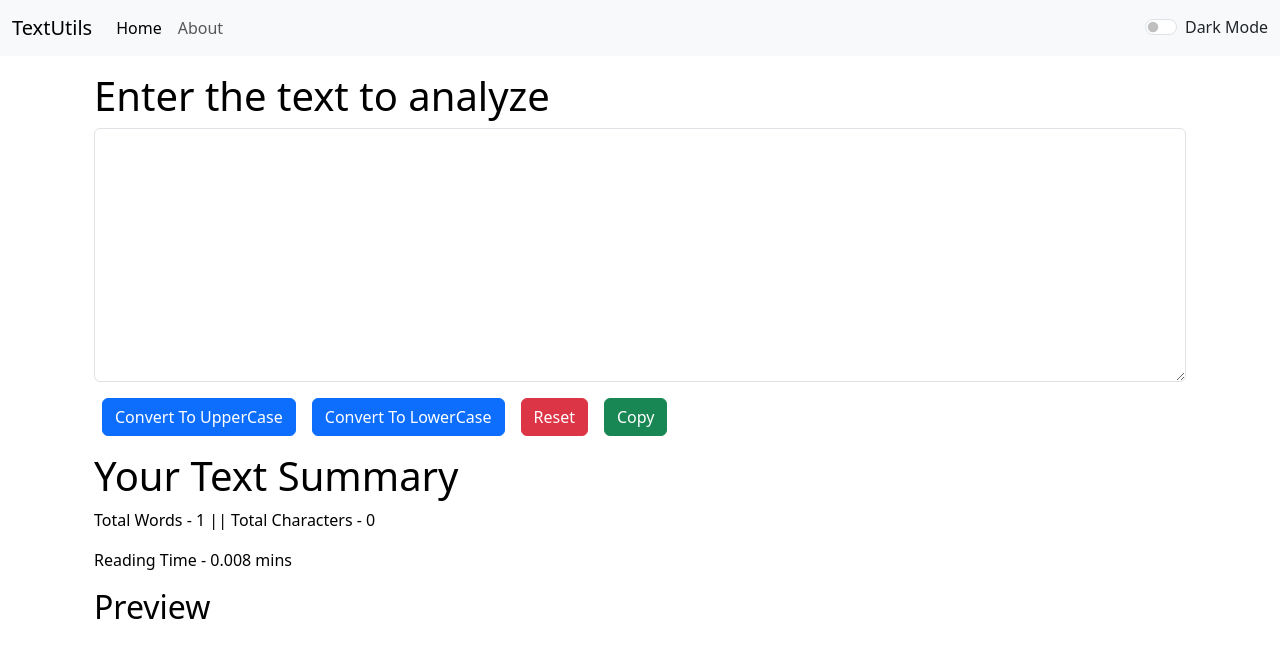
Repository: Rohit-foryou/Text-Utils
Page: /
These files come from the project's save history. The page is drawn as it stood at one moment and after the next save; the edit follows.
The browser window is 1280 px wide. The pictures show the whole page.
The project was rebuilt for these pictures with package versions that can differ from the ones it lists, and the page was loaded fresh each time. Also part of the build but not shown: src/index.css, src/App.css.

Above is the page before, as saved 2023-12-21 14:21:37.

After the next save:
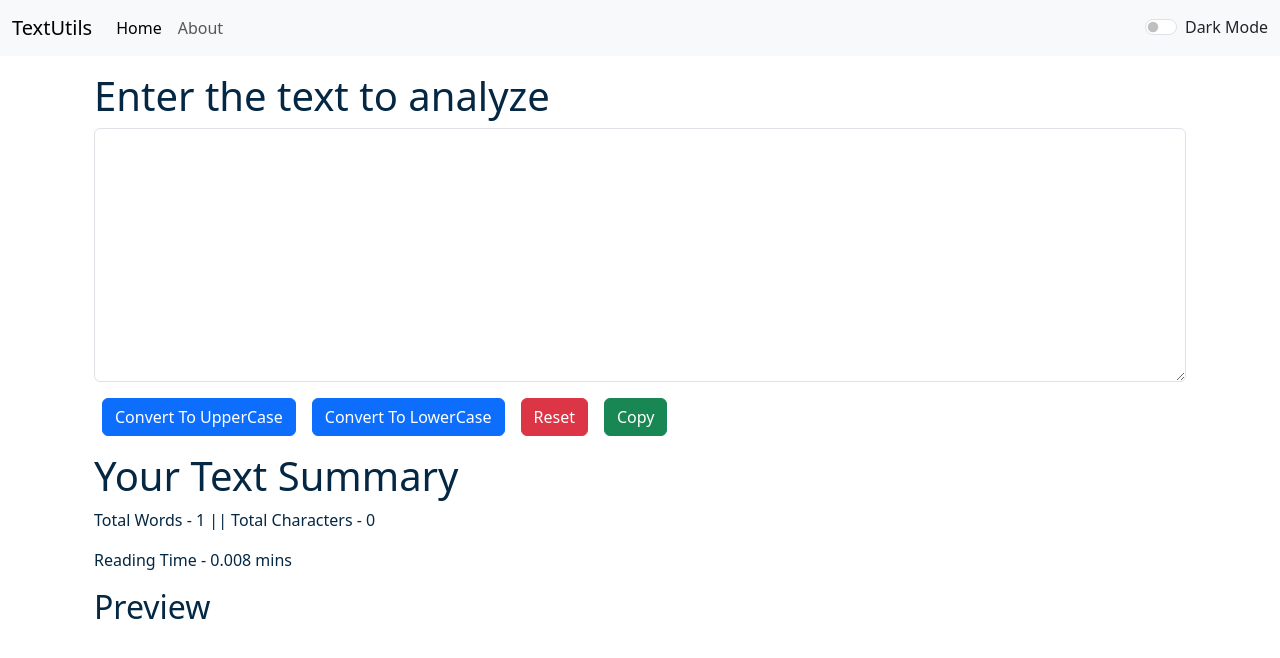
Saved 3 min 45 s later.
--- a/src/components/TextForm.js
+++ b/src/components/TextForm.js
@@ -27,10 +27,10 @@ export default function TextForm(props) {
   const [text, setText] = useState('');
   return (
     <>
-    <div className='container' style={{color: props.mode==='dark'?'white':'black'}}>
+    <div className='container' style={{color: props.mode==='dark'?'white':'#042743'}}>
         <h1>{props.heading}</h1>
         <div className="mb-3">
-        <textarea className="form-control" value = {text} onChange={handleOnChange} style={{backgroundColor: props.mode==='dark'?'grey':'white', color: props.mode==='dark'?'white':'black' }} id="myBox" rows="10"></textarea>
+        <textarea className="form-control" value = {text} onChange={handleOnChange} style={{backgroundColor: props.mode==='dark'?'grey':'white', color: props.mode==='dark'?'white':'#042743' }} id="myBox" rows="10"></textarea>
         </div>
         <button className="btn btn-primary
 
@@ -43,7 +43,7 @@ export default function TextForm(props) {
         <button className="btn btn-danger mx-2" onClick={handleClearClick}>Reset</button>
         <button className="btn btn-success mx-2" onClick={handleCopyClick}>Copy</button>
     </div>
-    <div className="container my-3" style={{color: props.mode==='dark'?'white':'black'}}>
+    <div className="container my-3" style={{color: props.mode==='dark'?'white':'#042743'}}>
       <h1>Your Text Summary</h1>
       <p>Total Words - {text.split(" ").length} ||  Total Characters - {text.length}</p>
       <p>Reading Time - {0.008*text.split(" ").length} mins  </p>
